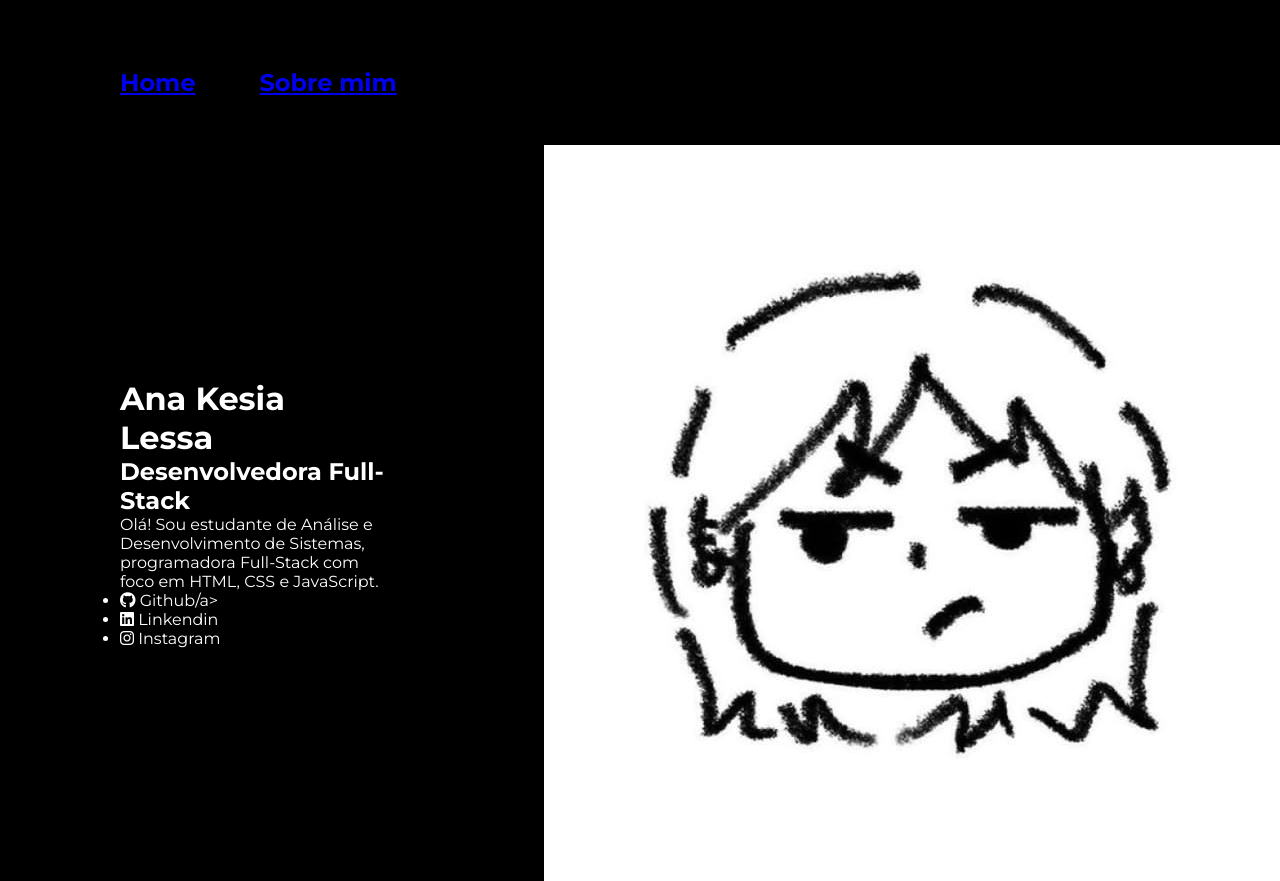
Repository: analessp/portfolio-developer
Page: index.html
An editor plug-in stored every save of this project. The page is shown before and after the next save, followed by the edit.
The browser window is 1280 px wide. The pictures show the whole page.

Above is the page before, as saved 2025-04-24 10:44:41.

After the next save:
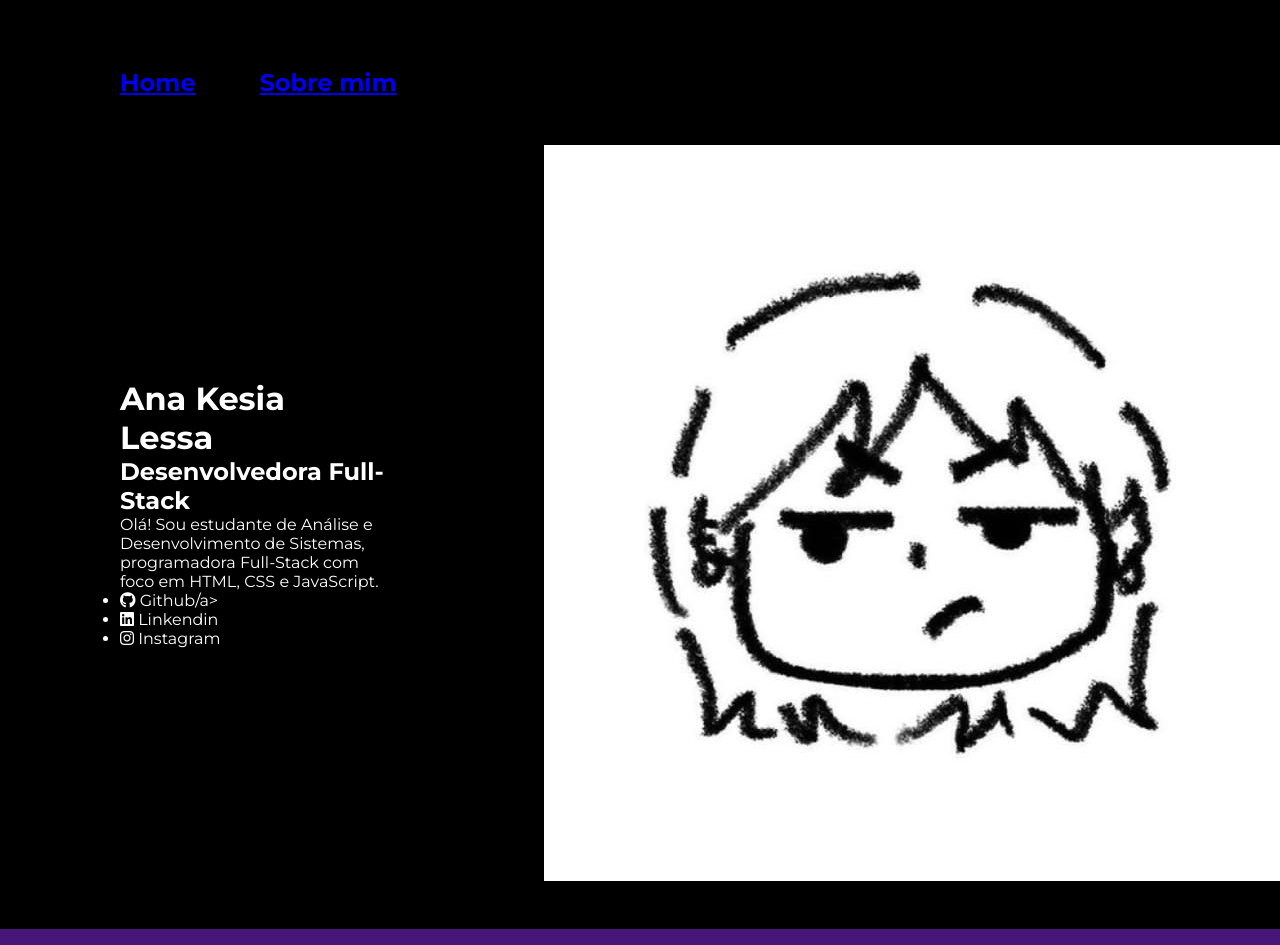
Saved 18 s later.
--- a/index.html
+++ b/index.html
@@ -47,6 +47,6 @@
         </div>
         <img src="/assets/avatar.jfif" alt="Avatar de Ana Lessa">
         </main>
-    </footer>
+    <footer>
 </body>
 </html>
